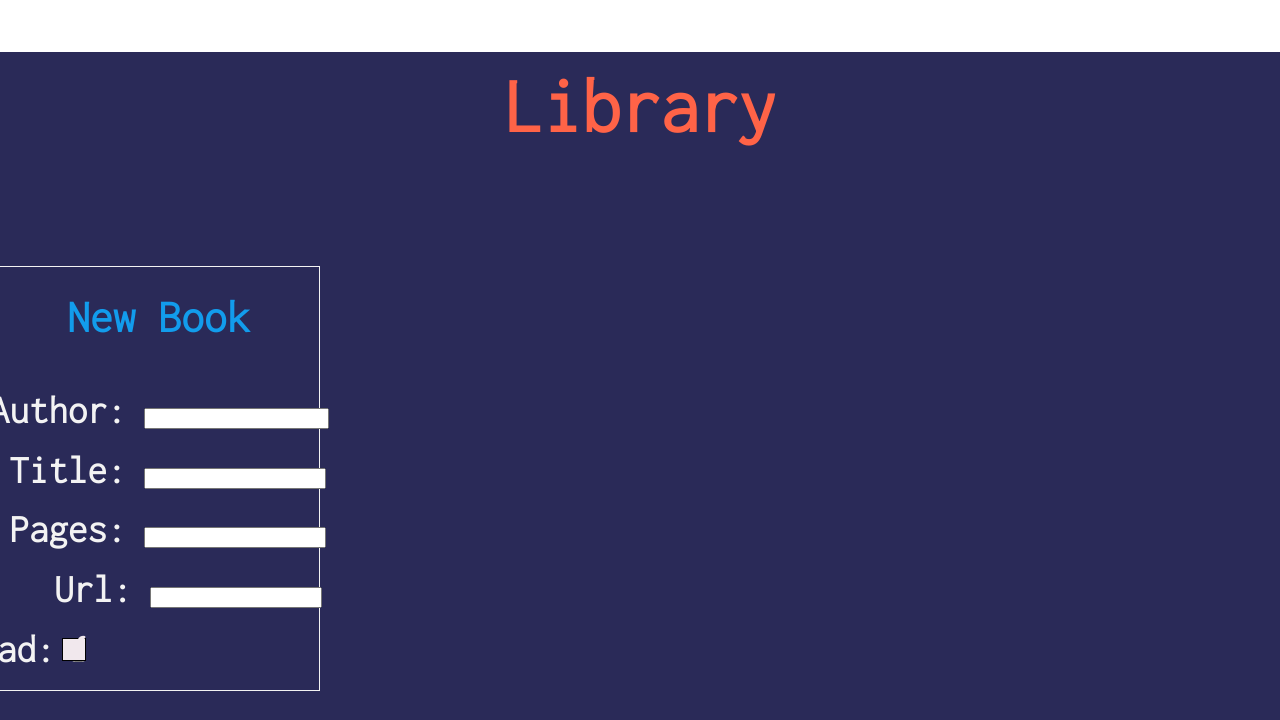
Repository: 0101chaitanya/Library
Page: index.html
The author's editor kept a copy of each file at every save. The page is drawn from the files as they stood at one save, then again after a run of saves.
The browser window is 1280 px wide. The pictures show the whole page.

Above is the page before, as saved 2021-06-03 17:23:39.

### index.html
<!DOCTYPE html>
<html>

<head>
    <meta charset="UTF-8">
    <link rel="stylesheet" type="text/css" href="styles.css">

</head>

<body>
    <script type="text/javascript" src="script.js"></script>

</body>

</html>

### styles.css
  @import url('https://fonts.googleapis.com/css2?family=Inconsolata:wght@300&display=swap');
   :root {
      --color-white: #f3f3f3;
      --color-darkblue: #2a2a58;
      --color-darkblue-alpha: rgba(27, 27, 50, 0.8);
      --color-green: #37af65;
  }

  body {
      font-family: 'Inconsolata', monospace;
      font-size: 1rem;
      font-weight: 1000;
      line-height: 1.4;
      color: var(--color-white);
      margin: 0;
  }

  body::before {
      content: '';
      position: fixed;
      height: 100%;
      width: 100%;
      z-index: -1;
      background: var(--color-darkblue);
  }

  @media (max-width: 400px) {
       :root {
          font-size: 7px;
      }
  }

  @media (min-width: 401px) and (max-width: 799px) {
       :root {
          font-size: 16px;
      }
  }

  @media (min-width: 800px) {
       :root {
          font-size: 24px;
      }
  }

  @media (min-width: 1000px) {
       :root {
          font-size: 26px;
      }
  }

  *,
  *::before,
  *::after {
      box-sizing: border-box;
  }

  h1 {
      color: tomato;
      text-align: center;
      font-size: 3rem;
  }

  #newBookButton {
      position: relative;
      left: 20%;
      top: -2rem;
      left: -4.5rem;
  }

  form {
      font-size: 1.5rem;
      text-align: center;
      display: inline-flex;
      border: 0.01rem solid;
      position: relative;
      width: auto;
      top: 2rem;
      right: 4rem;
      flex-direction: column;
      align-items: center;
      justify-content: flex-start;
      text-align: flex-start;
  }

  h3 {
      position: relative;
      margin-left: 0;
      top: -1rem;
      color: rgb(18, 156, 236);
  }

  #author {
      position: relative;
      margin-bottom: 0.2rem;
      top: -1.5rem;
      left: -0.3rem;
      max-width: fit-content;
  }

  #title,
  #pages {
      position: relative;
      margin-bottom: 0.2rem;
      max-width: auto;
      top: -1.5rem;
  }

  #url {
      position: relative;
      margin-bottom: 0.2rem;
      left: 0.8rem;
      max-width: auto;
      top: -1.5rem;
  }

  #read {
      position: relative;
      margin-bottom: 0.2rem;
      right: 5.0rem;
      top: -1.5rem;
      margin-bottom: -1rem;
  }

  #authorInput {
      position: relative;
      right: -0.70rem;
      max-width: 58.0%;
  }

  #titleInput,
  #pagesInput {
      position: relative;
      right: -0.7rem;
      max-width: 60%;
  }

  #urlInput {
      position: relative;
      right: -0.7rem;
      max-width: 65.5%;
  }

  #readInput {
      position: relative;
      right: -0.5rem;
      margin-bottom: 0.4rem;
  }

  .checkMark {
      position: relative;
      display: inline-flex;
      justify-content: center;
      align-items: center;
      left: -0.5rem;
      height: 0.9rem;
      width: 0.9rem;
      border-color: black;
      border-style: solid;
      border-width: 0.01rem;
      color: rgb(241, 232, 237);
      background: rgb(241, 232, 237);
  }

  #readInput:checked~.checkMark {
      color: rgb(26, 28, 43);
      background: rgb(235, 225, 230);
  }

### script.js
let heading = document.createElement("h1");
heading.textContent = 'Library';
document.body.appendChild(heading);
let newBook = document.createElement('button');
newBook.id = 'newBookButton';
newBook.textContent = 'Add new book';
document.body.appendChild(newBook);
let form = document.createElement('form');
h3 = document.createElement('h3');
form.appendChild(h3);

function createElmt(labelName, labelId, tipe, labelTextContent, inputId, inpId, checkMk) {
    labelName = document.createElement('label');
    labelName.textContent = labelTextContent;
    labelName.id = labelId;
    labelName.htmlFor = inputId;
    inputId = document.createElement('input');
    inputId.type = tipe;
    inputId.id = inpId;
    if (inputId.type == 'text') {
        inputId.classList.add('textBox');
    }
    labelName.appendChild(inputId);
    if (checkMk == 'read') {
        let span = document.createElement('span');
        span.className = 'checkMark';
        span.innerHTML = '&#10003';


        labelName.appendChild(span);
    }
    form.appendChild(labelName);
}
h3.textContent = `New Book`;
createElmt('author', 'author', 'text', 'Author:', 'authorInput', 'authorInput');
createElmt('title', 'title', 'text', 'Title:', 'titleInput', 'titleInput');
createElmt('pages', 'pages', 'number', 'Pages:', 'pagesInput', 'pagesInput');
createElmt('url', 'url', 'text', 'Url:', 'urlInput', 'urlInput');

createElmt('read', 'read', 'checkbox', 'Read:', 'readInput', 'readInput', 'read');
console.log('author'.id);
/*
let author = document.createElement('label');
author.textContent = 'Author :';
author.htmlFor = 'authorInput';
let authorInput = document.createElement('input');
authorInput.id = 'authorInput';
author.appendChild(authorInput);
document.body.appendChild(author);
 */


function setBookObj(author, title, pages, readStatus, refUrl) {
    this.author = author;
    this.title = title;
    this.pages = pages;
    this.readStatus = readStatus;
    this.refUrl = refUrl;
}
document.body.appendChild(form);

After the next 2 saves:
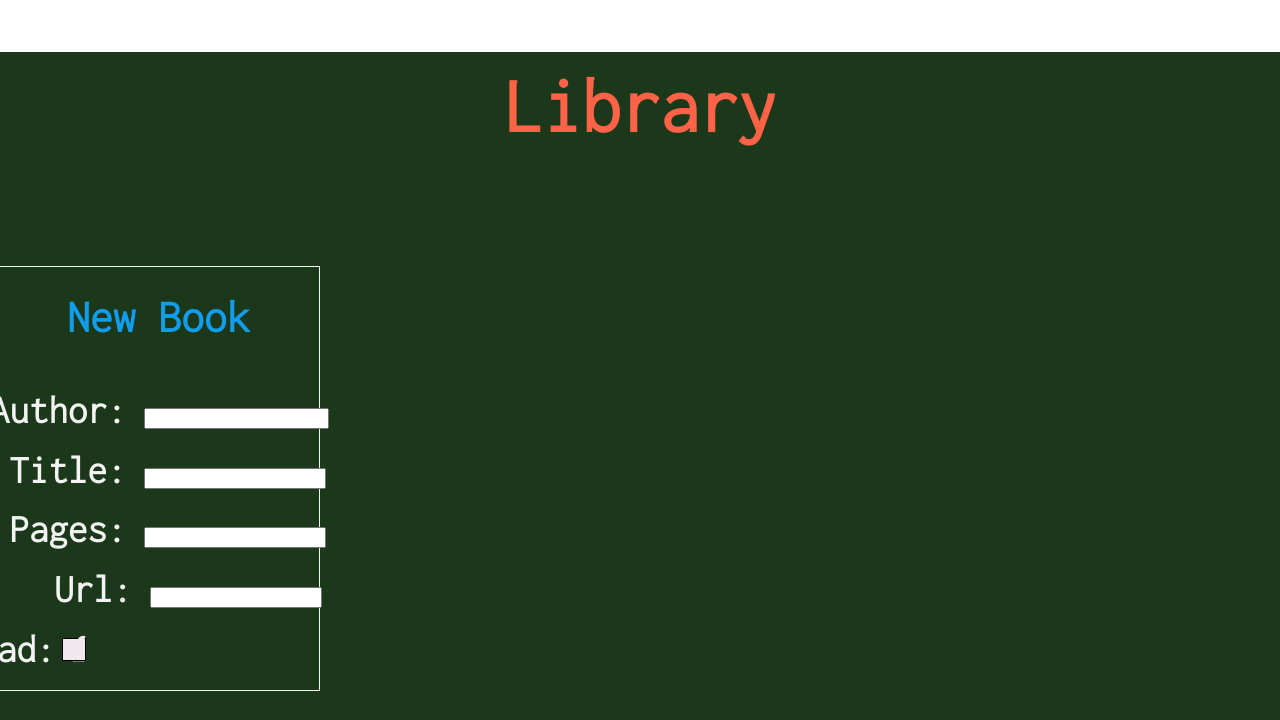
The 2 saves are shown as one change because they came seconds apart.
The last was saved 10 s later.
--- a/styles.css
+++ b/styles.css
@@ -1,7 +1,7 @@
   @import url('https://fonts.googleapis.com/css2?family=Inconsolata:wght@300&display=swap');
    :root {
       --color-white: #f3f3f3;
-      --color-darkblue: #2a2a58;
+      --color-darkblue: #1c381a;
       --color-darkblue-alpha: rgba(27, 27, 50, 0.8);
       --color-green: #37af65;
   }
